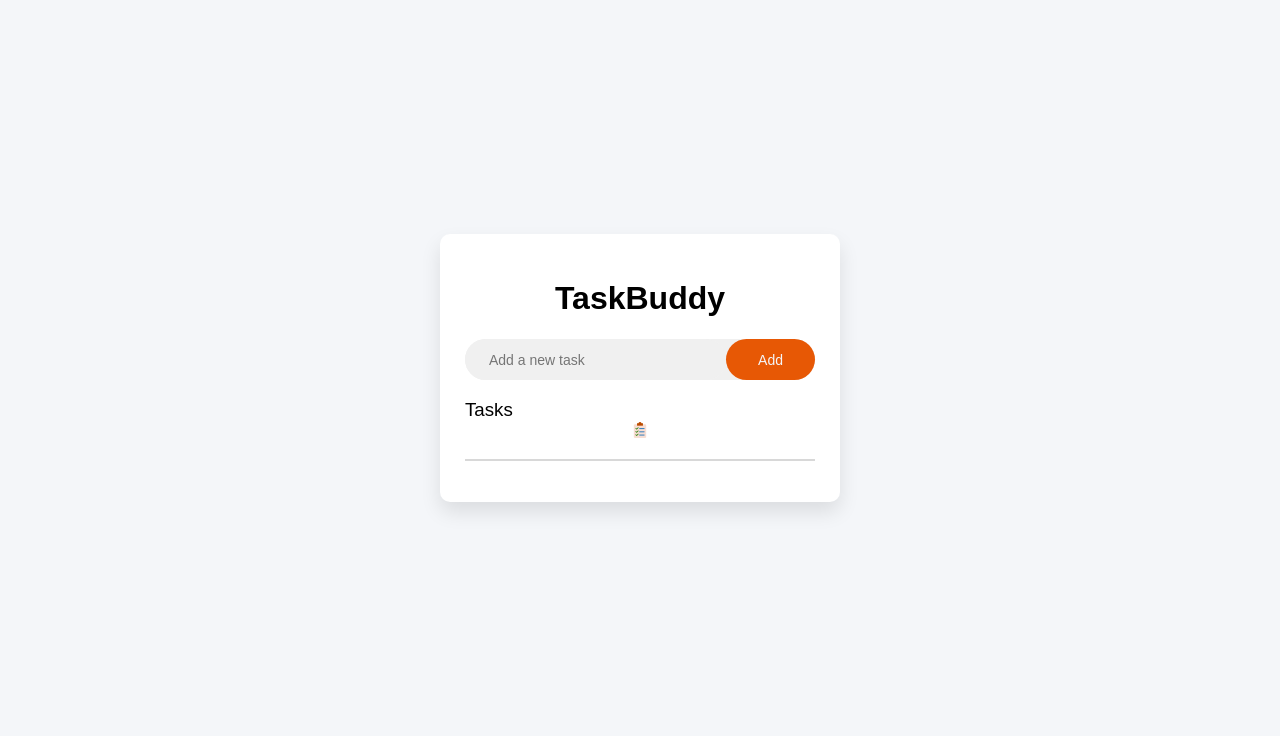
Repository: yogeshnandwani/taskbuddy-todo
Page: index.html
An editor plug-in stored every save of this project. The page is shown before and after the next save, followed by the edit.
The browser window is 1280 px wide. The pictures show the whole page.

Above is the page before, as saved 2026-03-16 20:21:38.

### index.html
<!DOCTYPE html>
<html lang="en">
<head>
<meta charset="UTF-8">
<title>TaskBuddy</title>
<link rel="stylesheet" href="css/style.css">
</head>

<body>

<div class="app">

<h1>TaskBuddy</h1>

<div class="task-input">
<input type="text" id="taskInput" placeholder="Add a new task">
<button id="addBtn">Add</button>
</div>

<h3 class="task-heading">Tasks <span>
    <img src="images/tasks.png" alt="">
</span></h3>
<ul id="taskList">
</ul>

</div>

<script src="js/script.js"></script>

</body>
</html>

### css/style.css
body{
    font-family: Arial, sans-serif;
    background:#f4f6f9;
    display:flex;
    justify-content:center;
    align-items:center;
    height:100vh;
}

.app{
    background:white;
    padding:25px;
    border-radius:10px;
    width:350px;
    box-shadow:0 10px 20px rgba(0,0,0,0.1);
}

h1{
    text-align:center;
}

.task-input{
    display:flex;
    border-radius: 50px;
    background-color: #f0f0f0;
}

input{
    flex:1;
    padding:8px;
    border: none;
    border-radius: 50px;
    padding: 0.8rem 1.5rem;
    background-color: #f0f0f0;
    font-size: 14px;
}

input:focus{
    outline: none;
}

#addBtn{
    padding:0.8rem 2rem;
    border: none;
    border-radius: 50px;
    background-color: #e75805;
    color: #f4f6f9;
    cursor:pointer;
    font-size: 14px;
}

ul{
    display: flex;
    padding: 0;
    flex-direction: column;
    justify-content: center;
    align-items: center;
    border-top: 1px solid #00000027;
    border-bottom: 1px solid #00000027;
}

.task-heading{
    align-self: flex-start;
    font-weight: 500;
    margin-bottom: 5px;
    color: #000;
}

.task-heading span{
    width: 16px;
}

.task-heading span img{
    height: 16px;
    width: 100%;
    object-fit: contain;
}

li{
    display: flex;
    align-items: center;
    padding: 12px 0;
    justify-content: space-between;
    width: 100%;
    display:flex;
    justify-content:space-between;
    color: #333;
}

li:not(:last-child){
    border-bottom: 1px solid #00000027;
}

li .delete {
    width: 1.5rem;
    height: 1.5rem;
    border: none;
    background-color: transparent;
    display: flex;
    align-items: center;
    justify-content: center;
    cursor: pointer;
    border-radius: 50%;
}

li .delete img {
    width: 1.5rem;
    height: auto;
    object-fit: contain;
    border-radius: 50%;
    filter: saturate(0);
    transition: all 0.1s ease-in;
}

li .delete:hover img{
    filter: saturate(1);
}

### js/script.js
const input = document.getElementById("taskInput")
const addBtn = document.getElementById("addBtn")
const list = document.getElementById("taskList")
let tasks = JSON.parse(localStorage.getItem("tasks")) || []

addBtn.addEventListener("click", addTask)

function addTask() {
    const taskText = input.value.trim()

    if (taskText === "") return

    tasks.push(taskText)

    saveTasks()

    input.value = ""
}

function saveTasks(){
    localStorage.setItem("tasks", JSON.stringify(tasks))
    renderTasks()
}

function renderTasks(){
    list.innerHTML = ""

    tasks.forEach(task => {

        const li = document.createElement("li")

        li.innerHTML = `
        <span>${task}</span>
        <button class="delete">
            <img src="images/delete.png" alt="Delete icon">
        </button>
        `

        list.appendChild(li)
    })
}

list.addEventListener("click", function(e){
    const deleteBtn = e.target.closest(".delete")

    if(deleteBtn){

        const index = [...list.children].indexOf(deleteBtn.parentElement)

        tasks.splice(index,1)

        saveTasks()
    }
})

renderTasks()

After the next save:
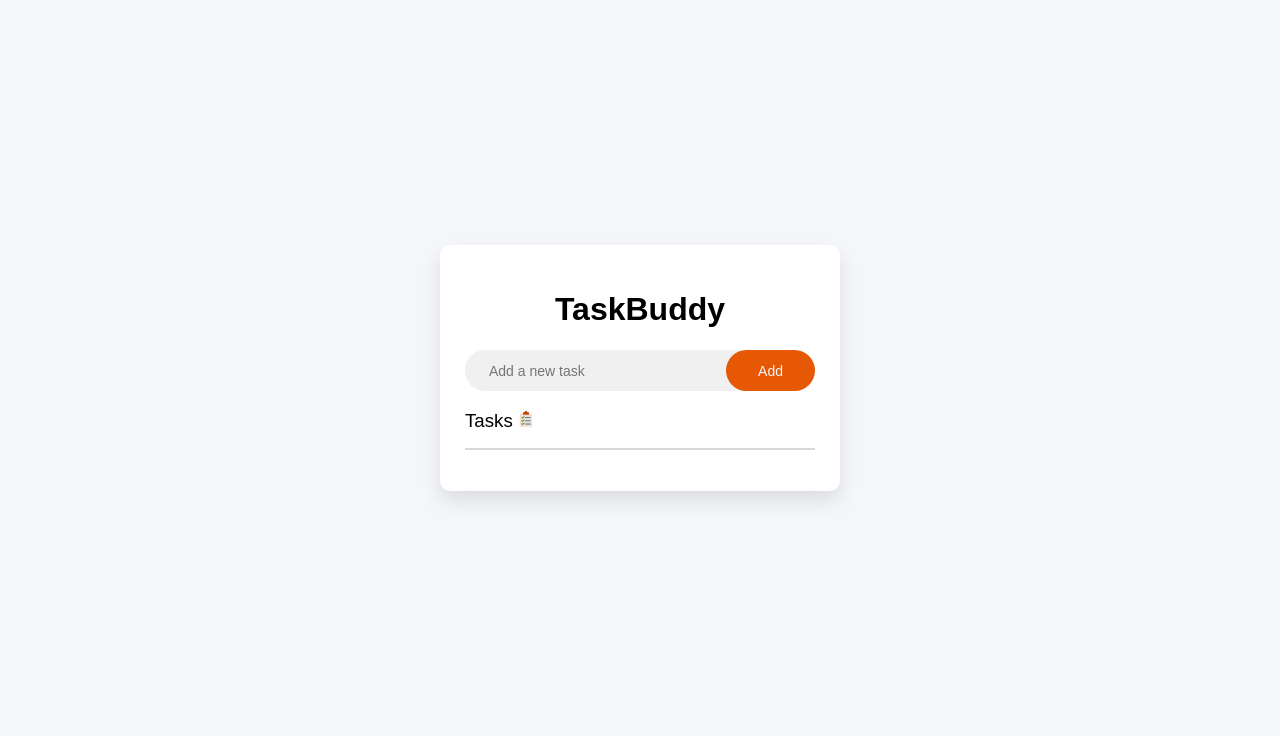
Saved 4 s later.
--- a/css/style.css
+++ b/css/style.css
@@ -72,7 +72,7 @@ ul{
 
 .task-heading span img{
     height: 16px;
-    width: 100%;
+    width: auto;
     object-fit: contain;
 }
 
